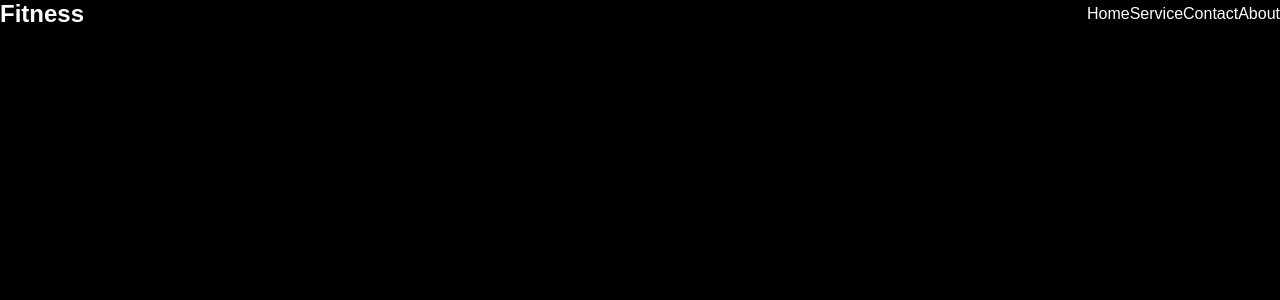
Repository: Aminul-Islam85/Assignment-2
Page: index.html
An editor plug-in stored every save of this project. The page is shown before and after the next save, followed by the edit.
The browser window is 1280 px wide. The pictures show the whole page.

Above is the page before, as saved 2024-10-22 19:45:45.

After the next save:
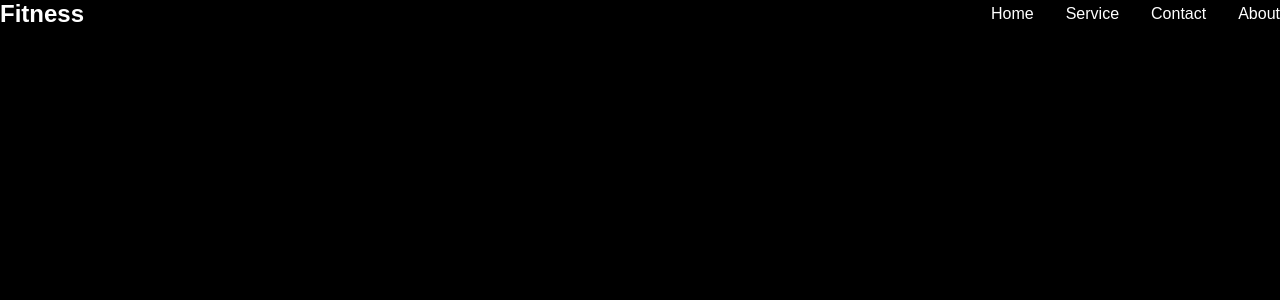
Saved 16 s later.
--- a/styles.css
+++ b/styles.css
@@ -23,4 +23,5 @@ body {
 .nav-links {
     list-style: none;
     display: flex;
+    gap: 2rem;
 }
